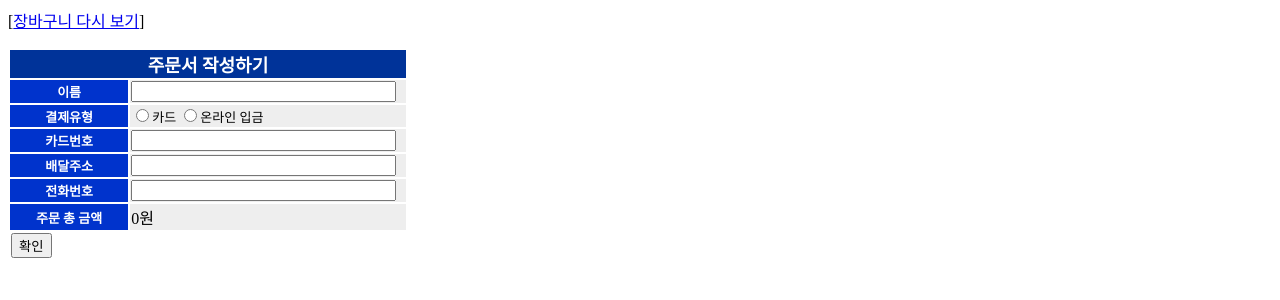
Repository: severrepair/JSPproject
Page: http://localhost/Shop/order.jsp?total=0&count=0
The author's editor kept a copy of each file at every save. The page is drawn from the files as they stood at one save, then again after the next save.
The browser window is 1280 px wide. The pictures show the whole page.
The page is served by Tomcat 9.

Above is the page before, as saved 2022-12-03 06:05:47.

### Shop/src/main/webapp/order.jsp
<%@ page contentType="text/html; charset=UTF-8" pageEncoding="UTF-8" %>
<%@ page language="java" import="java.text.*" %>
<% request.setCharacterEncoding("UTF-8"); %>

<%
	int total=Integer.parseInt(request.getParameter("total"));
	int count=Integer.parseInt(request.getParameter("count"));

	NumberFormat nf = NumberFormat.getNumberInstance();
	String totalstr = nf.format(total);

%>
<HTML>
<HEAD>
<SCRIPT language="javascript">
	function check(f){
		blank = false;
		for(i=0; i<f.elements.length; i++){
			if(f.elements[i].value==""){
				if(f.elements[i].name != "number")
					blank=true;
				if((f.elements[i].name=="number") && (f.pay.value=="card"))
					blank=true;
			}
		}

		if(blank==true)
			alert("모든 항목을 입력하셔야 합니다.");
		else
			f.submit()
	}
</SCRIPT>
</HEAD>

<BODY>
<P>
[<A href="sale_list.jsp">장바구니 다시 보기</A>]
<FORM method=post action="order_save.jsp">
<TABLE border=0 width=400>
	<TR>
		<TH bgcolor=#003399 colspan=2>
			<FONT size=+1 color=white>주문서 작성하기</FONT>
		</TH>
	</TR>
	<TR>
		<TH width=30% bgcolor=#0033cc>
			<FONT size=-1 color=white>이름</FONT>
		</TH>
		<TD bgcolor=#eeeeee>
			<INPUT type=text name=wname size=30>
		</TD>
	</TR>

	<TR>
		<TH width=30% bgcolor=#0033cc>
			<FONT size=-1 color=white>결제유형</FONT>
		</TH>
		<TD bgcolor=#eeeeee>
			<FONT size=-1>
				<INPUT type=radio name=pay value="card">카드
				<INPUT type=radio name=pay value="cash">온라인 입금
			</FONT>
		</TD>
	</TR>

	<TR>
		<TH width=30% bgcolor=#0033cc>
			<FONT size=-1 color=white>카드번호</FONT>
		</TH>
		<TD bgcolor=#eeeeee>
			<INPUT type=text name=number size=30>
		</TD>
	</TR>

	<TR>
		<TH width=30% bgcolor=#0033cc>
			<FONT size=-1 color=white>배달주소</FONT>
		</TH>
		<TD bgcolor=#eeeeee>
			<INPUT type=text name=addr size=30>
		</TD>
	</TR>

	<TR>
		<TH width=30% bgcolor=#0033cc>
			<FONT size=-1 color=white>전화번호</FONT>
		</TH>
		<TD bgcolor=#eeeeee>
			<INPUT type=text name=tel size=30>
		</TD>
	</TR>

	<TR>
		<TH width=30% bgcolor=#0033cc>
			<FONT size=-1 color=white>주문 총 금액</FONT>
		</TH>
		<TD bgcolor=#eeeeee>
			<%=totalstr%>원
		</TD>
	</TR>
	<TR>
		<TD colspan=2>
			<INPUT type=hidden name=total value=<%=total%>>
			<INPUT type=hidden name=count value=<%=count%>>
			<INPUT type=button value="확인" onClick="check(this.form)">
			<INPUT type=reset value="다시쓰기>
		</TD>
	</TR>


</TABLE>
</FORM>


</BODY>





</HTML>

After the next save:
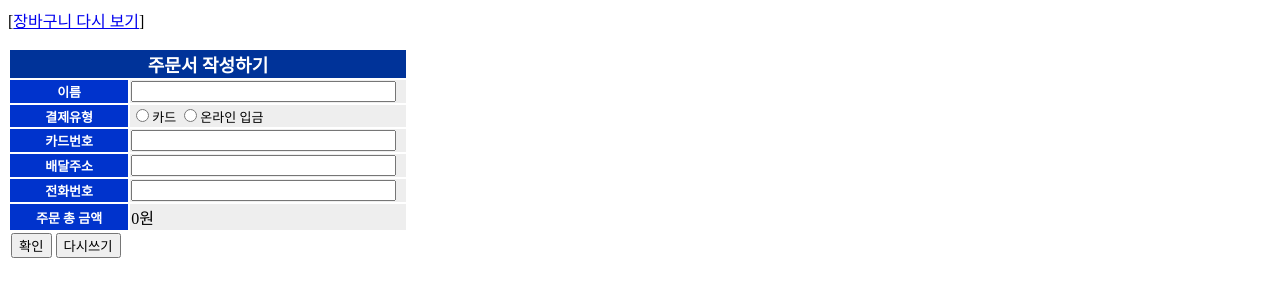
Saved 9 s later.
--- a/Shop/src/main/webapp/order.jsp
+++ b/Shop/src/main/webapp/order.jsp
@@ -103,7 +103,7 @@
 			<INPUT type=hidden name=total value=<%=total%>>
 			<INPUT type=hidden name=count value=<%=count%>>
 			<INPUT type=button value="확인" onClick="check(this.form)">
-			<INPUT type=reset value="다시쓰기>
+			<INPUT type=reset value="다시쓰기">
 		</TD>
 	</TR>
 
